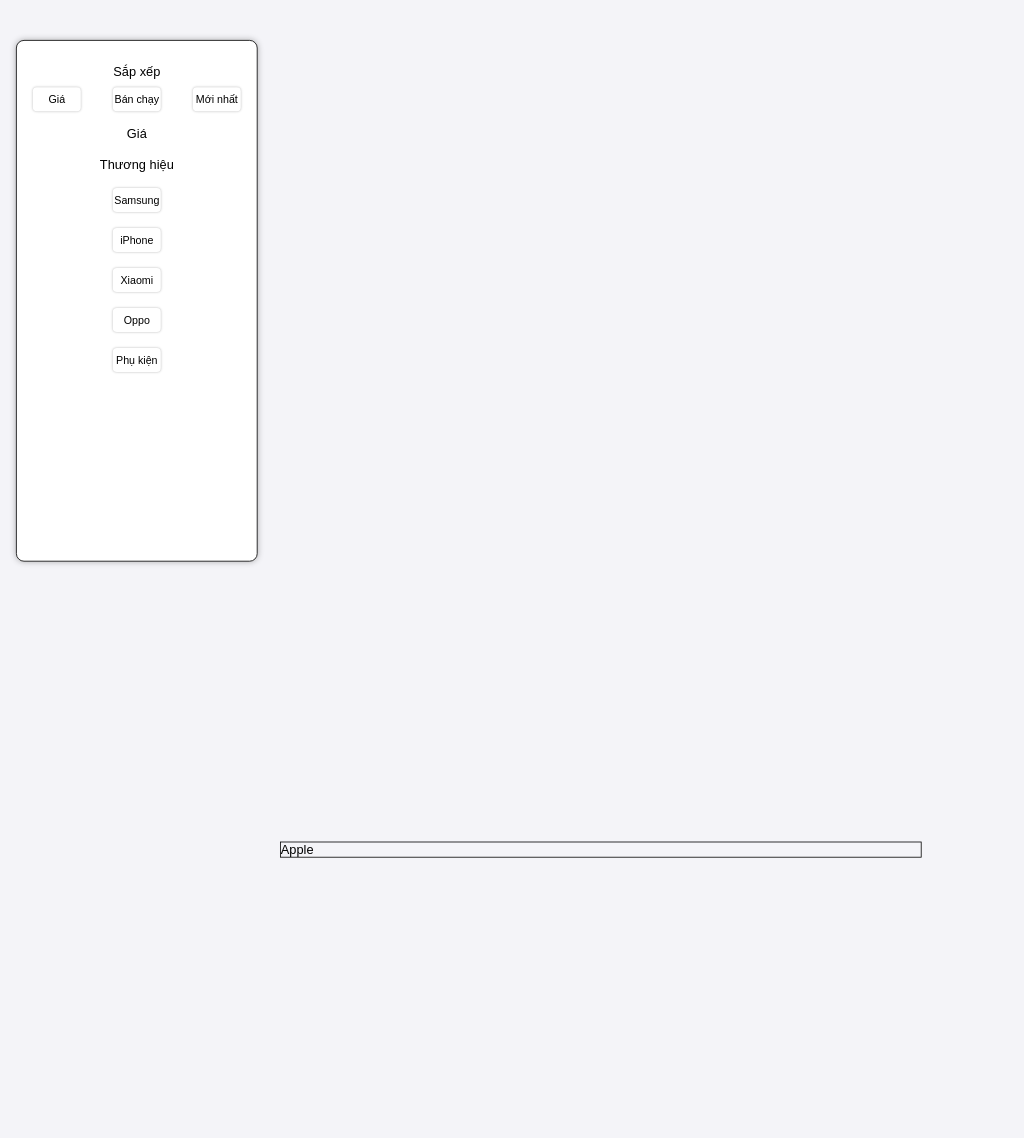
Repository: TrungSonQNIT2k4/ZENTECH
Page: showsp.html
An editor plug-in stored every save of this project. The page is shown before and after a run of saves, followed by the edit.
The browser window is 1280 px wide. The pictures show the whole page, at 80% of full size.
Some web fonts or font styles are not loaded; a fallback is used.

Above is the page before, as saved 2024-11-22 21:44:31.

### showsp.html
<!DOCTYPE html>
<html lang="en">

<head>
    <meta charset="UTF-8">
    <meta name="viewport" content="width=device-width, initial-scale=1.0">
    <title>ZENTECH</title>
    <link rel="stylesheet" href="style.css">
    <link rel="icon" type="image/png" href="/Data/Image/ICONLOGOZ.png" />
    <link href="https://fonts.googleapis.com/css2?family=Francois+One&display=swap" rel="stylesheet">
</head>
<body>
    <div class="container_show_item">
        <div class="menu_choose">
            <div class="Sort">
                <p>Sắp xếp</p>
                <div class="tools">
                    <button>Giá</button>
                    <button>Bán chạy</button>
                    <button>Mới nhất</button>
                </div>
            </div>
            <div class="Price_choose">
                <p>Giá</p>
                <div></div>
            </div>
            <div class="Brand_choose">
                <p>Thương hiệu</p>
                <div class="Brand_tools">
                    <button>Samsung</button>
                    <button>iPhone</button>
                    <button>Xiaomi</button>
                    <button>Oppo</button>
                    <button>Phụ kiện</button>
                </div>
            </div>
        </div>
        <div class="Show_item">
            <div class="name_brand">
                Apple
            </div>
        </div>
    </div>
</body>
</html>

### style.css
*{
    padding: 0;
    margin: 0;
    font-family: 'Francois One', sans-serif;
}
body{
  background-color: #F4F4F8;
}
p{
  color: black;
}
a{
    text-decoration: none;
}
li{
    list-style-type: none;
}
.header{
    display: flex;
    position: fixed;
    background-color: #F4F4F8;
    height: 100px;
    top: 0;
    left: 0;
    width: 100%;
    z-index: 1000;
    box-shadow: 0 6px 10px rgba(0, 0, 0, 0.15);
}
.header_inner{
  width: 100%;
  background-color: #F4F4F8;
  display: flex;
  margin: 10px;
  margin: 10px;
  justify-content: space-between;
  align-items: center;
  position: relative;
}
.header_logo{
  margin-top: 15px;
  padding: 5px;
  height: 120px;
  width: 200px;
  transition: all 0.6s;
}
.header_logo:hover{
  transform: scale(1.05);
}
.globalnav-list{
  display: flex;
  align-items: center;
  font-size: 25px;
  font-family: 'Francois One', sans-serif;
  white-space: nowrap;
}
.globalnav-list-content{
  margin-left: 30px;
  margin-right: 30px;
  transition: all 0.1s;
}
.globalnav-list-content:hover{
  color: red;
}
.menu_item{
  margin: 0 1rem;
}
.menu_item:hover .menu_child{
  opacity: 1;
  visibility: visible;
}
.menu_child{
  background-color: whitesmoke;
  display: flex;
  position: absolute;
  top: 120%;
  left: 0;
  width: 97%;
  padding: 20px;
  border-radius: 20px;
  opacity: 0;
  visibility: hidden;
  justify-content: space-around;
  transition: opacity 0.25s ease, visibility 0.25s ease;
  box-shadow: 0 0 8px rgba(0, 0, 0, 0.15);
}
.menu_child-list p{
  transition: 0.1s;
}
.menu_child-list p:hover{
  color: red;
}
.globalnav-tool{
  display: flex;
  align-items: center;
  white-space: nowrap;
}
.globalnav-tool-content{
  margin-left: 30px;
  margin-right: 30px;
  transition:all 0.5s;
}
.globalnav-tool-content:hover{
  transform: scale(1.1);
}
.icon{
    height: 30px;
    width: 30px;
    margin-top: 5px;
    margin-right: 5px;
}
.container{
    margin-top: 120px;
    margin-bottom: 350px;
    min-height: 1300px;
    background-color: #F4F4F8;
    margin-bottom: 500px;
}
.slogan p{
  font-size: 20px;
  margin: 10px;
  text-align: center;
  color: red;
}
.banner{
  display: flex;
  justify-content: center;
  min-height: 450px;
  width: 1300px;
  margin-right: 30px;
  margin-left: 30px;
  white-space: nowrap;
}
.banner ul{
  padding: 0;
  margin: 0;
  list-style-type: none;
}
.banner-content img{
  border-radius: 10px;
  height: 450px;
  width: 1200px;
}
.smartphone{
  margin-left: 30px;
  margin-right: 30px;
  height: 60px;
  white-space: nowrap;
}
.smartphone ul {
  justify-content: space-around;
  display: flex;
  padding: 0;
  margin-bottom: 20px;
  list-style-type: none;
}

.smartphone li {
  display: flex;
}
.smartphone-content{
  margin: 10px;
  border-radius: 10px;
  border: none;
  background-color: rgba(255, 0, 0, 0);
}
.smartphone-content img{
  border-radius: 10%;
  height: 250px;
  width: 250px;
  box-shadow: 4px 4px 8px rgba(0, 0, 0, 0.3);
  transition: all 0.6s;
}
.smartphone-content img:hover{
  transform: scale(1.05);
  box-shadow: 6px 6px 12px rgba(0, 0, 0, 0.5);
}
.header-item{
  margin-left: 30px;
  margin-right: 30px;
  display: flex;
  justify-content: space-between;
}
.header-topic button{
  height: 30px;
  width: 300px;
  background-color: #D2B48C;
  border: none;
  border-radius: 5px;
}
.header-topic h3{
  transition: all 0.3s;
}
.header-topic h3:hover{
  color: white;
}
.other-link button{
  height: 30px;
  width: 80px;
  margin-left: 5px;
  margin-right: 5px;
  border-radius: 10px;
  transition: all 0.4s;
}
.other-link button:hover{
  transform: scale(1.05);
}
.other-link p:hover{
  color: red;
}
.smartphone-items{
  margin-left: 30px;
  margin-right: 30px;
  display: flex;
}

.smartphone-item button{
  height: 300px;
  width: 240px;
  border-radius: 10px;
  border: none;
  background-color: white;
  box-shadow: 4px 4px 8px rgba(0, 0, 0, 0.3);
  transition: all 0.6s;
}
.smartphone-item button:hover{
  transform: scale(1.05);
}
.smartphone-item img{
  height: 190px;
  width: 180px;
  margin-bottom: 10px;
}
.smartphone-item p{
  font-size: 20px;
  font-weight: 100;
}
.price{
  color: red;
}
::-webkit-scrollbar {
  width: 12px;
  height: 12px;
}

/* Phần thanh kéo */
::-webkit-scrollbar-thumb {
  background-color: #888;
  border-radius: 10px;
  border: 3px solid #f1f1f1;
}

/* Phần đường ray */
::-webkit-scrollbar-track {
  background-color: #f1f1f1;
  border-radius: 10px;
}

/* Phần thanh cuộn khi hover */
::-webkit-scrollbar-thumb:hover {
  background-color: #555;
}
.footer{
    background-color: #F4F4F8;
    min-height: 50px;
    padding: 30px;
    bottom:0;
    margin-right: 30px;
    margin-left: 30px;
    border-radius: 10px;
    box-shadow: 0 -1px 10px rgba(0, 0, 0, 0.15);
}
.footer-menu{
  display: flex;
  justify-content: space-between;
}
.footer-menu-list p{
  transition: all 0.1s;
}
.footer-menu-list p:hover{
  color: red;
}
.footer-tool{
  margin-top: 20px;
  display: flex;
  justify-content: space-around;
}
.footer-tool-list  img{
  height: 90px;
  width: 180px;
}
.footer-menu-contact{
  display: flex;
  justify-content: center;
}
.footer-menu-contact img{
  margin-right: 10px;
  height: 50px;
  width: 50px;
  border-radius: 100%;
  transition: all 0.5s;
}
.footer-menu-contact img:hover{
  transform: scale(1.05);
}
.footer-tool-bank{
  display: flex;
  justify-content: center;
}
.footer-tool-bank img{
  margin-right: 10px;
  height: 50px;
  width: 50px;
  border-radius: 100%;
  transition: all 0.5s;
}
.footer-tool-bank img:hover{
  transform: scale(1.05);
}
.copyright{
  font-size: 12px;
  display: flex;
  justify-content: center;
}
/* showsp_html */
.menu_choose{
  margin: 20px;
  margin-top: 50px;
  border: 1px solid;
  border-radius: 10px;
  width: 300px;
  height: 650px;
  box-shadow: 0px 0px 8px rgba(0, 0, 0, 0.3);
  background-color: white;
}
.menu_choose p{
  display: flex;
  justify-content: center;
}
.Sort{
  margin-top: 30px;
}
.tools{
  margin-top: 10px;
  display: flex;
  justify-content: space-around;
}
.tools button{
  height: 30px;
  width: 60px;
  border-radius: 5px;
  border: none;
  transition: 0.8s;
  box-shadow: 0px 0px 3px rgba(0, 0, 0, 0.3);
  background-color: white;
}
.tools button:hover{
  transform: scale(1.1);
  color: red;
}
.Price_choose{
  margin-top: 20px;
}
.Brand_choose{
  margin-top: 20px;
}
.Brand_tools{
  margin: 10px;
  display: grid;
  justify-content: center;
}
.Brand_tools button{
  background-color: white;
  margin: 10px;
  height: 30px;
  width: 60px;
  border-radius: 5px;
  border: none;
  transition: 0.8s;
  box-shadow: 0px 0px 3px rgba(0, 0, 0, 0.3);
}
.Brand_tools button:hover{
  transform: scale(1.1);
  color: red;
}
.Show_item{
  width: 800px;
  height: auto;
  margin: 350px;
  border: 1px solid;
}

After the next 2 saves:
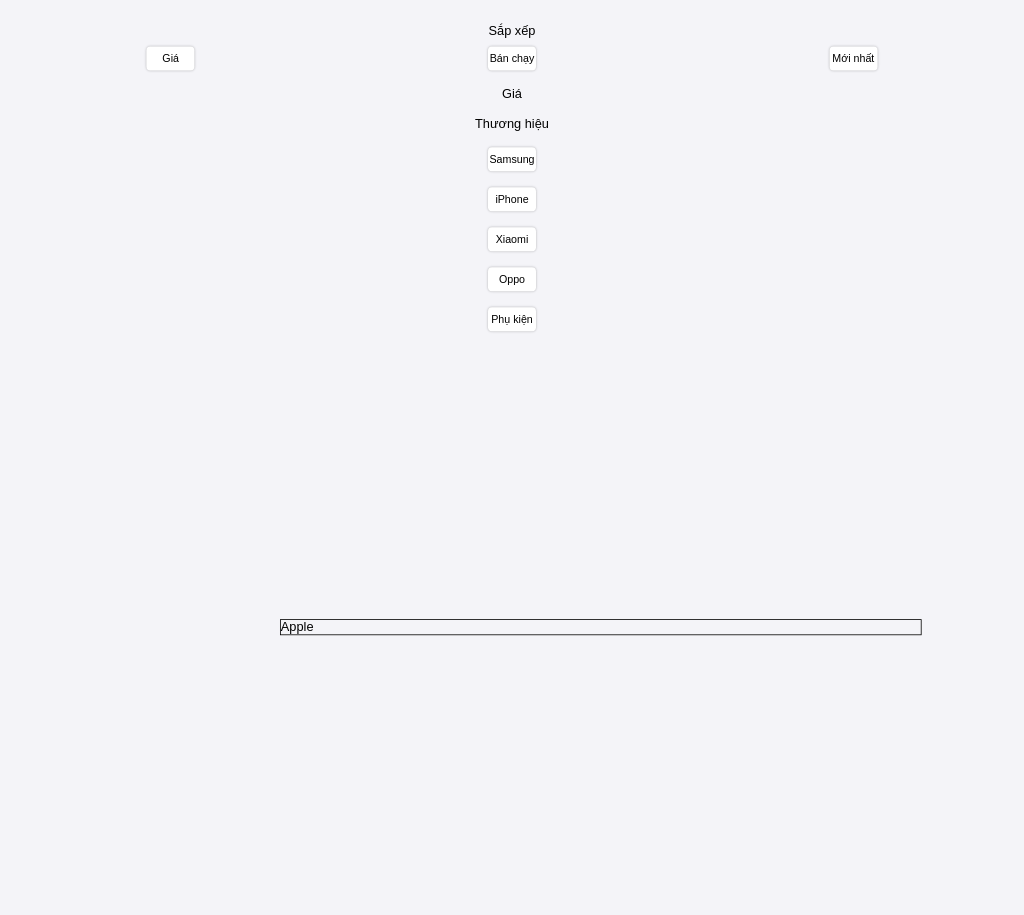
The 2 saves are shown as one change because they came seconds apart.
The last was saved 24 s later.
--- a/style.css
+++ b/style.css
@@ -322,6 +322,7 @@
   justify-content: center;
 }
 /* showsp_html */
+container
 .menu_choose{
   margin: 20px;
   margin-top: 50px;

After the 2 saves that followed:
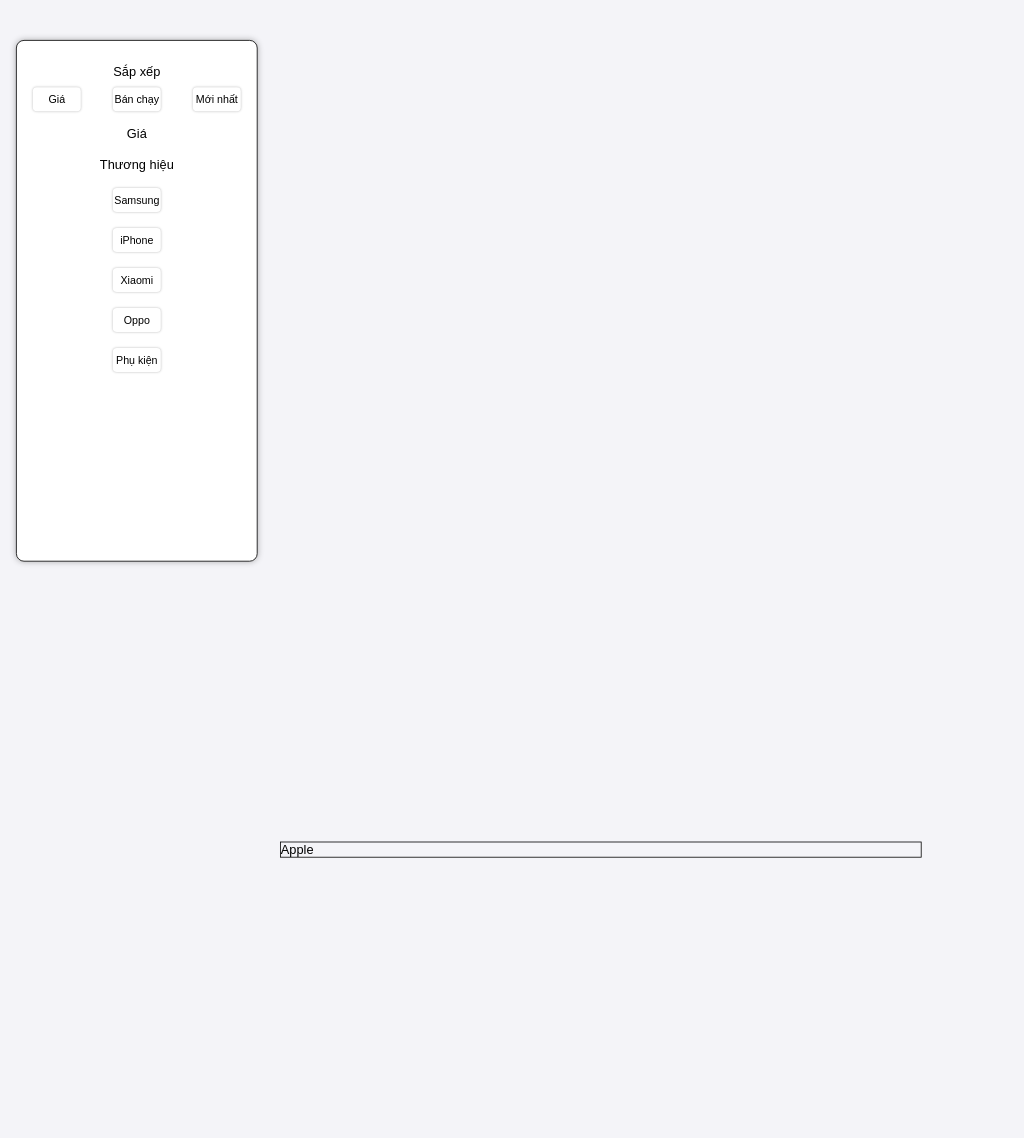
The 2 saves are shown as one change because they came seconds apart.
The last was saved 10 s later.
--- a/style.css
+++ b/style.css
@@ -322,7 +322,9 @@
   justify-content: center;
 }
 /* showsp_html */
-container
+.container_show_item{
+
+}
 .menu_choose{
   margin: 20px;
   margin-top: 50px;
